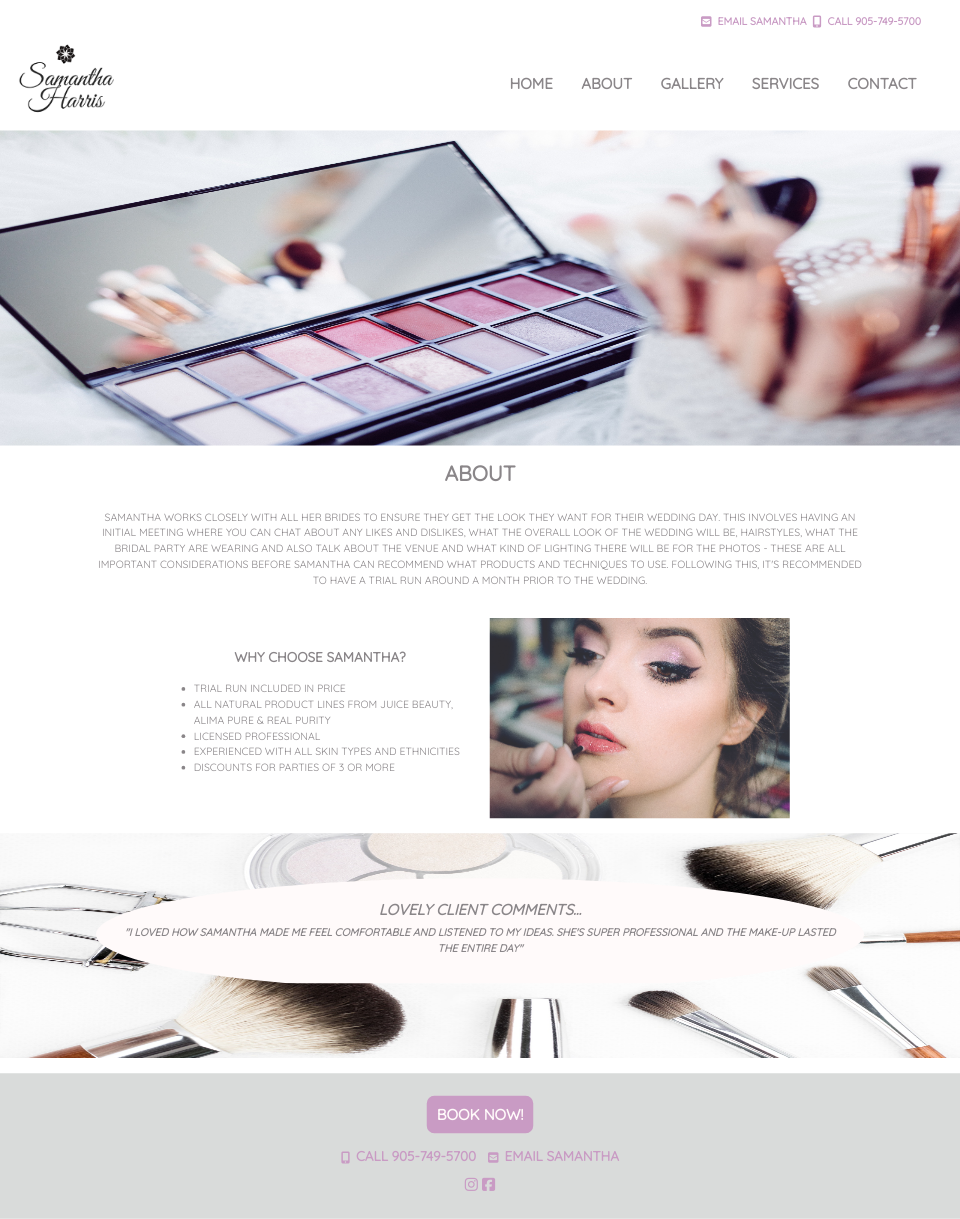
Repository: JayneyNix/milestone-1-UCFD
Page: about.html
The author's editor kept a record of every edit. The page is drawn from the files as they stood at one moment, then again after the next edit.
The browser window is 1280 px wide. The pictures show the whole page, at 75% of full size.
Some web libraries are served in a nearby version.

Above is the page before.

### about.html
<!DOCTYPE html>
<html lang="en">

<head>
    <meta charset="UTF-8">
    <meta name="viewport" content="width=device-width, initial-scale=1.0">
    <meta http-equiv="X-UA-Compatible" content="ie=edge">
    <title>About | Professional Make-up | Samantha Harris</title>
    <script src="https://code.jquery.com/jquery-3.3.1.slim.min.js" integrity="sha384-q8i/X+965DzO0rT7abK41JStQIAqVgRVzpbzo5smXKp4YfRvH+8abtTE1Pi6jizo" crossorigin="anonymous"></script>
    <link href="https://stackpath.bootstrapcdn.com/bootstrap/4.3.1/css/bootstrap.min.css" rel="stylesheet" integrity="sha384-ggOyR0iXCbMQv3Xipma34MD+dH/1fQ784/j6cY/iJTQUOhcWr7x9JvoRxT2MZw1T" crossorigin="anonymous" type="text/css">
    <link rel="stylesheet" href="https://cdnjs.cloudflare.com/ajax/libs/hover.css/2.3.1/css/hover-min.css" type="text/css">
    <link rel="stylesheet" href="https://fonts.googleapis.com/css?family=Quicksand">
    <script src="https://kit.fontawesome.com/26094534a3.js" crossorigin="anonymous"></script>
    <link rel="stylesheet" href="Assets/style.css" class="text/css">
</head>

<body>
    <!--Navigation-->


    <div class="fixed-header d-flex flex-row-reverse mt-2 pr-5 align-items-center">
        <div class="p-1 call-text mt-2">
            <a class="call-header" href="tel:905-749-5700" target="-blank">
                <h5 class="h5 headings"><span class="number">Call 905-749-5700</span></h5>
            </a>
        </div>
        <div class="p-1 call-icon"><a class="call-header" href="tel:905-749-5700" target="-blank"><i class="fas fa-mobile-alt" aria-hidden="true"></i></a>
        </div>
        <div class="p-1 email-text mt-2">
            <a class="email-header" href="mailto:bookings@samanthaharris.ca" target="-blank">
                <span class="call"><h5 class="h5 headings">Email Samantha</h5></span>
            </a>
        </div>
        <div class="p-1 email-icon"><a class="email-header" href="mailto:bookings@samanthaharris.ca" target="-blank"><i class="fas fa-envelope-square" aria-hidden="true"></i></a>
        </div>
    </div>


    <div class="container-fluid nav-container no-padding" role="navigation">
        <nav class="navbar navbar-light navbar-expand-lg">

            <a class="navbar-brand" href="index.html">
                <img src="Assets/logo.png" class="d-inline-block align-top"
      alt="samantha-harris-logo"/>
      </a>

            <button class="navbar-toggler ml-auto" type="button" data-toggle="collapse" data-target="#navbarNavDropdown" aria-controls="navbarNavDropdown" aria-expanded="false" aria-label="Toggle navigation">
          <span class="navbar-toggler-icon"></span>
      </button>
            <div class="collapse navbar-collapse" id="navbarNavDropdown">
                <ul class="navbar-nav navbar-default ml-auto">
                    <li class="nav-item">
                        <a class="nav-link active" href="index.html">Home</a>
                    </li>
                    <li class="nav-item">
                        <a class="nav-link" href="about.html">About</a>
                    </li>
                    <li class="nav-item">
                        <a class="nav-link" href="gallery.html">Gallery</a>
                    </li>
                    <li class="nav-item">
                        <a class="nav-link" href="services.html">Services</a>
                    </li>
                    <li class="nav-item last">
                        <a class="nav-link" href="contact.html">Contact</a>
                    </li>
                </ul><br>
            </div>
        </nav>
    </div>

    <!--Navigation-->


    <!--Introduction-->

    <div class="container-fluid about-main-banner no-padding">
        <div class="row no-gutters">
            <div class="col-sm-12">
                <img src="Assets/make-up-palette.jpg" class="img-fluid about-image w-100" alt="about-page-banner-image" />

            </div>
        </div>
    </div>

    <div class="container-fluid intro-section no-padding text-center">
        <div class="row no-gutters">
            <div class="col-sm-12 col-md-12-offset-3">
                <h1 class="h1 headings">About</h1><br>
                <p class="p headings">Samantha works closely with all her brides to ensure they get the look they want for their wedding day. This involves having an initial meeting where you can chat about any likes and dislikes, what the overall look of the wedding will
                    be, hairstyles, what the bridal party are wearing and also talk about the venue and what kind of lighting there will be for the photos - these are all important considerations before Samantha can recommend what products and techniques
                    to use. Following this, it's recommended to have a trial run around a month prior to the wedding.</p><br>
            </div>

        </div>

    </div>

    <!--Introduction-->

    <!--About Section-->

    <div class="container-fluid about-container text-center">
        <div class="row d-flex justify-content-center align-items-center no-gutters">
            <div class="about-text col-md-4">
                <h3 class="h3 headings about-heading">Why Choose Samantha?</h3>
                <ul class="p headings d-flex text-left flex-column align-items-left">
                    <li>Trial Run included in price</li>
                    <li>All natural product lines from Juice Beauty, Alima Pure & Real Purity</li>
                    <li>Licensed professional</li>
                    <li>Experienced with all skin types and ethnicities</li>
                    <li>Discounts for parties of 3 or more</li>
                </ul>
            </div>
            <div class="about-photo col-md-4">
                <img class="img-fluid" src="Assets/lady-having-makeup-applied.jpg" alt="photo-of-client" />
            </div>
        </div>
    </div>

    <!--About Section-->

    <!--Testimonials-->

    <div id="testimonial-carousel" class="carousel slide d-none d-md-block" data-ride="carousel">
        <div class="carousel-inner">
            <div class="carousel-item active">
                <img class="carousel-image d-block w-100" src="Assets/cosmetic-brushes.png" alt="Slide-One">
                <div class="carousel-caption d-none d-md-block height-auto">
                    <div class="box">
                        <h2 class="h2 headings carousel-heading align-items-center justify-content-center">Lovely client comments...</h2>
                        <p class="p headings carousel-text">"Sam was awesome from the moment I met her I knew I didn't want anyone else to do my make-up! I felt so confident and beautiful but still like me"
                        </p>
                    </div>
                </div>
            </div>

            <div class="carousel-item">
                <img class="carousel-image d-block w-100" src="Assets/cosmetic-brushes.png" alt="Slide-One">
                <div class="carousel-caption d-none d-md-block">
                    <div class="box">
                        <h2 class="h2 headings carousel-heading align-items-center justify-content-center">Lovely client comments...</h2>
                        <p class="p headings carousel-text">"I loved how Samantha made me feel comfortable and listened to my ideas. She's super professional and the make-up lasted the entire day"
                        </p>
                    </div>
                </div>
            </div>
            <div class="carousel-item">
                <img class="carousel-image d-block w-100" src="Assets/cosmetic-brushes.png" alt="Slide-One">
                <div class="carousel-caption d-none d-md-block">
                    <div class="box">
                        <h2 class="h2 headings carousel-heading align-items-center justify-content-center">Lovely client comments...</h2>
                        <p class="p headings carousel-text">"I was looking for someone who uses natural products and the latest techniques and Samantha was knowledgeable, experienced and wasn't flustered with our party of 7!"
                        </p>
                    </div>
                </div>
            </div>
        </div>
    </div>

    <!--Testimonials-->

    <!--Footer-->

    <footer class="container-fluid footer-container no-padding">

        <div id="footer" class="row">
            <div class="col-sm-12">
                <div class="action">
                    <btn class="footer-button">
                        <a class="contact-link" href="contact.html">
                            <h2 class="h2 headings footer-items">BOOK NOW!</h2>
                        </a>
                    </btn>
                </div>

                <div class="d-flex flex-row justify-content-center mt-3">

                    <div class="p-1 call-icon"><a class="call-header" href="tel:905-749-5700" target="-blank"><i class="fas fa-mobile-alt" aria-hidden="true"></i></a>
                    </div>
                    <div class="p-1 call-text mr-2">
                        <a class="call-contact" href="tel:905-749-5700" target="-blank">
                            <h3 class="h3 headings">Call 905-749-5700</h3>
                        </a>
                    </div>
                    <div class="p-1 email icon"><a class="email-header" href="mailto:bookings@samanthaharris.ca" target="-blank"><i class="fas fa-envelope-square" aria-hidden="true"></i></a>
                    </div>
                    <div class="p-1 email-text">
                        <a class="email-contact" href="mailto:bookings@samanthaharris.ca" target="-blank">
                            <h3 class="h3 headings">Email Samantha</h3>
                        </a>
                    </div>
                </div>

                <div class="col-sm-12">
                    <div class="social"></div>
                    <a class="insta" href="https://www.instagram.com" target="-blank"><i class="fab fa-instagram" aria-hidden="true"></i>
                    </a>
                    <a class="facebook" href="https://www.facebook.com" target="-blank"><i class="fab fa-facebook-square" aria-hidden="true"></i></a>
                </div>
            </div>
        </div>
    </footer>

    <!--Footer-->
    <script src="https://cdnjs.cloudflare.com/ajax/libs/jquery/3.4.1/jquery.slim.min.js"></script>
    <script src="https://cdnjs.cloudflare.com/ajax/libs/popper.js/1.15.0/umd/popper.min.js"></script>
    <script src="https://cdnjs.cloudflare.com/ajax/libs/twitter-bootstrap/4.3.1/js/bootstrap.min.js"></script>
</body>

</html>

### Assets/style.css
/*Typography*/

.headings {

    font-family: Quicksand, sans-serif;
    text-transform: uppercase;
    font-weight: bold;
}

.h1 {
    font-size: 28px;
    color: #8a8689;
    font-weight: bold;
}

.h2 {
    font-size: 20px;
    font-weight: bold;
}

.h3 {
    font-size: 18px;
    color: #8a8689;
}

.h4 {
    font-size: 16px;
}

.h5 {
    font-size: 14px;
    color: #8a8689;
}

.p {
    font-size: 14px;
    color: #8a8689;
    font-weight: normal;
}

.line {
    border-style: solid;
    border-width: 1px;
    border-color: #c99bc4;
    width:20%;
    background-position: center;
    background-repeat: no-repeat;
}

/*Typography*/


/*Contact Header*/

.p-1 .email-header {
    color: #c99bc4;
    text-decoration: none;
}

.p-1 .call-header {
    color: #c99bc4;
    text-decoration: none;
}

.p-1 .email-header:hover {
    color: #8a8689;
}

.p-1 .call-header:hover {
    color: #8a8689;
}

.p-1 .h5 {
    color: #c99bc4;
}

.p-1 .h5:hover {
    color: #8a8689;
}

/*Contact Header*/


/*--Navigation--*/

.nav-container {
    padding-right: 20px;
    padding-left: 0;
}

.navbar {
    background-color: #fff;
    padding: 0;
}

.navbar-brand {
    padding-left: 20px;
    padding-bottom: 20px;
    background-size: cover;
    width: 150;
    height: 150;
}

.navbar-nav {
    padding-right: 30px;
}

.nav-item {
    padding: 20;
}

.nav-link {
    font-family: "Quicksand", sans-serif;
    font-size: 20px;
    font-weight: bold;
    text-decoration: none;
    text-transform: uppercase;
    color: #8a8689!important;
    vertical-align: middle;
    padding-left: 30px!important;
}

.nav-link:hover {
    color: #c99bc4!important;
    transform: scale(1.25);
    transition: ease-in-out;
    transition-duration: 0.3s;
}

.navbar-light .navbar-toggler {
    padding-right: 30px;
    border: 0;
    font-weight: bold;
}

  .navbar-toggler:focus, .navbar-toggler:active {
    outline: none;
    box-shadow: none;
    color: #c99bc4;
  }

@media (max-width: 992px) {
    #navbarNavDropdown {
        text-align: center;
    }
}

/*--Navigation--*/


/*--Footer*/

.container-fluid .footer-container {
    display: inline-block;
    font-size: 0;
}

#footer {
    background-color: #d9dbda;
    text-align: center;
    padding-top: 30px;
    padding-bottom: 30px;
}

.footer-button {
    position: relative;
    display: inline-block;
    font-family: "Quicksand", sans-serif;
    font-size: 20px;
    font-weight: bolder;
    text-transform: uppercase;
    vertical-align: middle;
    border: 3px solid #c99bc4;
    border-radius: 10px;
    padding: 10px;
    text-align: center;
    background-color: #c99bc4;
}

.footer-button .contact-link {
    text-decoration: none;
}

.footer-items {
    color: #fffafa;
    font-weight: bold;
    vertical-align: middle;
    margin: 0;
}

.footer-items:hover {
    color: #8a8689;
    transform: scale(1.1);
    transition: ease-in-out;
    transition-duration: 0.5s;
}

.call-contact .h3 {
    color: #c99bc4;
    text-decoration: none;
}

.a .call-contact {
    text-decoration: none;
}

.email-contact .h3 {
    color: #c99bc4;
    text-decoration: none;
}

.a .email-contact {
    text-decoration: none;
}

.call-contact .h3:hover {
    color: #8a8689;
}

.email-contact .h3:hover {
    color: #8a8689;
}

.insta {
    color: #c99bc4;
    font-size: 20px;
}

.facebook {
    color: #c99bc4;
    font-size: 20px;
}

.insta:hover {
    color: #8a8689;
    text-decoration: none;
}

.facebook:hover {
    color: #8a8689;
    text-decoration: none;
}

/*--Footer*/


/*--Homepage Section 1 - Banner & Intro*/

.home-main-banner {
    max-width: 100%;
    height: 100%;
    padding: 0px 0px 20px;
    margin: 0;
    font-size: 0;
}

#home-main-intro {
    padding: 0;
    margin: 0;
}

.intro-section {
    padding: 0;
    width: 80%;
}

/*--End Homepage Section 1 - Banner & Intro*/


/*--Homepage Section 2 - Testimonials*/

#testimonial-carousel {
    display: block;
    padding: 0;
    font-size: 0;
    margin-bottom: 20px;
    height: 300px;
}

.carousel-image {
    height: 300px;
}

.carousel-caption {
    position: absolute;
    left: 50%;
    top: 40%;
    transform: translate(-50%, -50%);
    overflow: hidden;
    width: 80%;
}

.carousel-heading {
    color: #8a8689;
    font-style: italic;
    font-weight: bolder;
}

.carousel-text {
    font-style: italic;
    font-weight: bolder;
}

.box {
    border: 0px transparent;
    border-radius: 50%;
    background-color: #fffafa;
    padding: 30px;
}

/*--End Homepage Section 2 - Testimonials*/


/*--Gallery--*/

.gallery-container {
    padding-bottom: 20px;
}

/*--End Gallery--*/


/*--Contact Page--*/

.contact-main-banner {
    max-width: 100%;
    padding: 0px 0px 20px;
    margin: 0;
    font-size: 0;
}

.contact-image {
    height: 420px;
}

.contact-intro {
    padding: 0;
    margin: 0;
}

.contact-container {
    width: 100%;
    padding-bottom: 20px;
    margin: 20px 0px;
    padding-left: 0;
    padding-right: 0;
    vertical-align: middle;
    background-color: #fffafa;
}

.row-top {
    padding-top: 40px;
}

.row-second-section  {
    padding-top: 20px;
}

.row-bottom {
    padding-top:20px;
}

.send-btn {
    vertical-align: middle;
    border: 3px solid #c99bc4;
    border-radius: 10px;
    padding: 10px;
    text-align: center;
    background-color: #c99bc4;
    color: #fffafa;
    font-weight: bolder;
}

.send-btn:hover {
    color: #8a8689;
    transform: scale(1.1);
    transition: ease-in-out;
    transition-duration: 0.5s;
}

.form-control::placeholder {
    font-family: Quicksand, 'sans-serif';
    font-size: 14px;
    font-style: italic;
    font-weight: bold;
    text-transform: uppercase;
    color:#8a8689;
}

::-webkit-datetime-edit-text {
    color: #8a8689;
    padding: 0 0.3em;
    text-transform: uppercase;
    font-family: Quicksand, 'sans-serif';
    font-size: 14px;
    font-style: italic;
    font-weight: bold;
    }

/*--End Contact Page--*/


/*--About Page--*/

.about-main-banner {
    max-width: 100%;
    padding: 0px 0px 20px;
    margin: 0;
    font-size: 0;
}

.about-image {
    height: 420px;
}

.about-container {
    margin-bottom: 20px;
}

.about-text {
    margin-right: 10px;
}

.about-heading {
    margin-bottom: 20px;
}

.about-photo {
    display:inline-block;
}

.ul{
    list-style: none;
}

.ul .li:before {

    background-color: #c99bc4;
    border-radius: 50%;
    display: inline-block;
    margin-right: 10px;
    margin-bottom: 2px;
    height: 10px;
    width: 10px;
    content: "\f105";
}

/*--About Page--*/


/*--Services Page--*/

.services-container {

    width: 80%;
    margin-bottom: 20px;
}

.services-main-banner {
    max-width: 100%;
    padding: 0px 0px 20px;
    margin: 0;
    font-size: 0;
}

.services-image {
    height:420px;
}


.services-heading {
    padding:0;
    margin:0;
}

  .category-image {
    width: 100%;
    height:100%;
    z-index: 0;
    opacity: 0.2;
}



.card-img-overlay .card-title {
    font-weight: bolder;
    color: #c99bc4;
    margin-top: 150px;

}

.services-text {
    width:100%;
    background-color: #fffafa;
}


.list-inline {
    text-align: center;
    vertical-align: middle;
}

.pricing-row {
    height:400px;
}

/*--Services Page--*/

After the next edit:
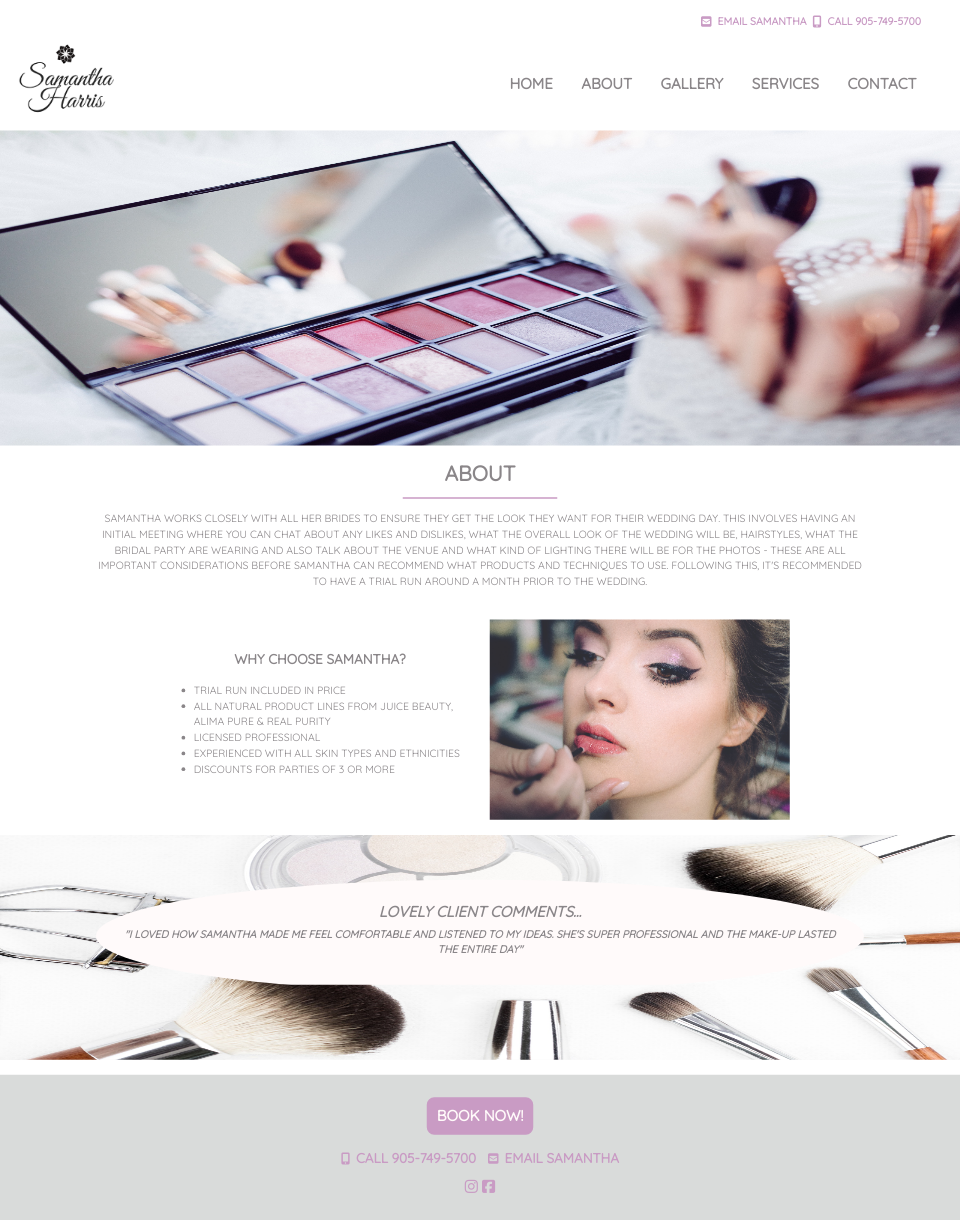
The edit:
--- a/about.html
+++ b/about.html
@@ -86,7 +86,8 @@
     <div class="container-fluid intro-section no-padding text-center">
         <div class="row no-gutters">
             <div class="col-sm-12 col-md-12-offset-3">
-                <h1 class="h1 headings">About</h1><br>
+                <h1 class="h1 headings">About</h1>
+                <hr class="line">
                 <p class="p headings">Samantha works closely with all her brides to ensure they get the look they want for their wedding day. This involves having an initial meeting where you can chat about any likes and dislikes, what the overall look of the wedding will
                     be, hairstyles, what the bridal party are wearing and also talk about the venue and what kind of lighting there will be for the photos - these are all important considerations before Samantha can recommend what products and techniques
                     to use. Following this, it's recommended to have a trial run around a month prior to the wedding.</p><br>
